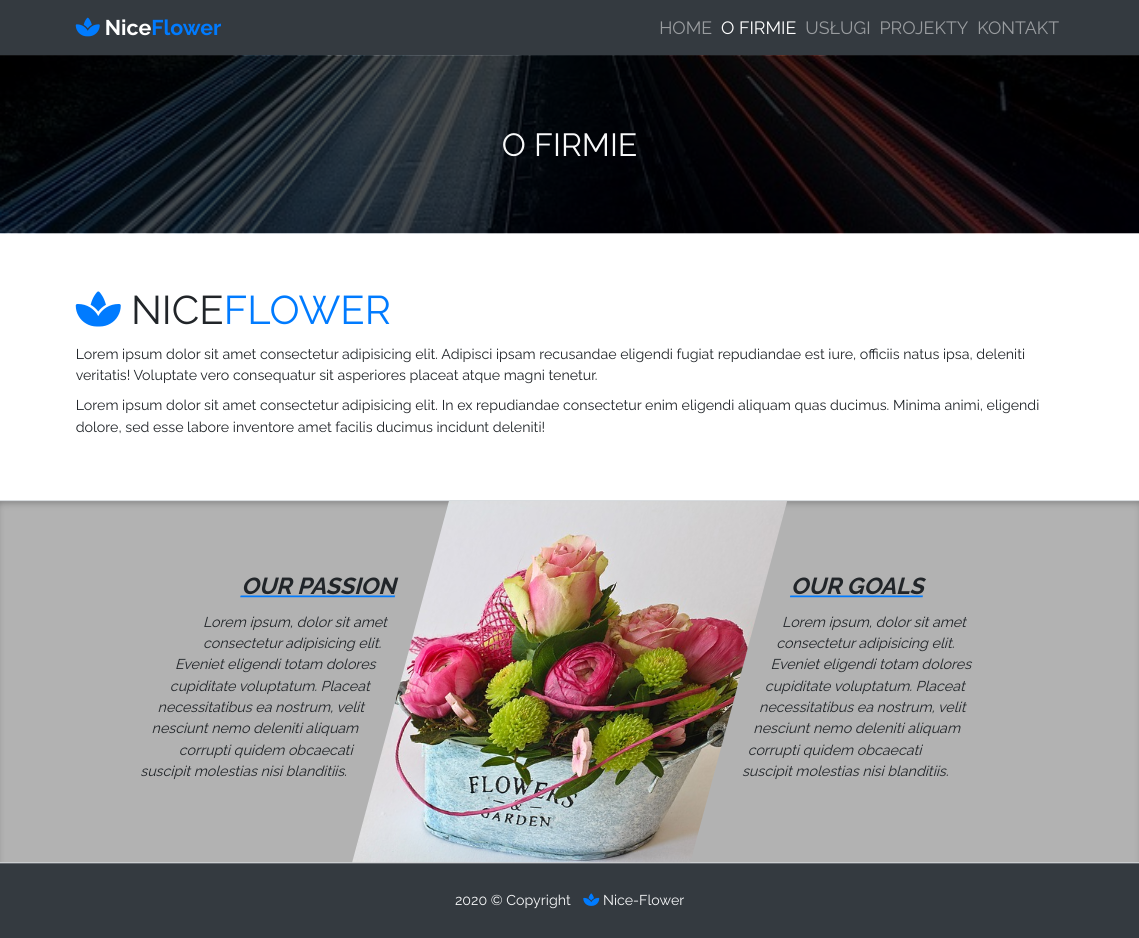
Repository: KrzysKolo/Projekt-13_Kwiaciarnia
Page: abouteus.html
An editor plug-in stored every save of this project. The page is shown before and after the next save, followed by the edit.
The browser window is 1280 px wide. The pictures show the whole page, at 89% of full size.
Some web libraries are served in a nearby version.

Above is the page before, as saved 2020-08-10 10:12:48.

After the next save:
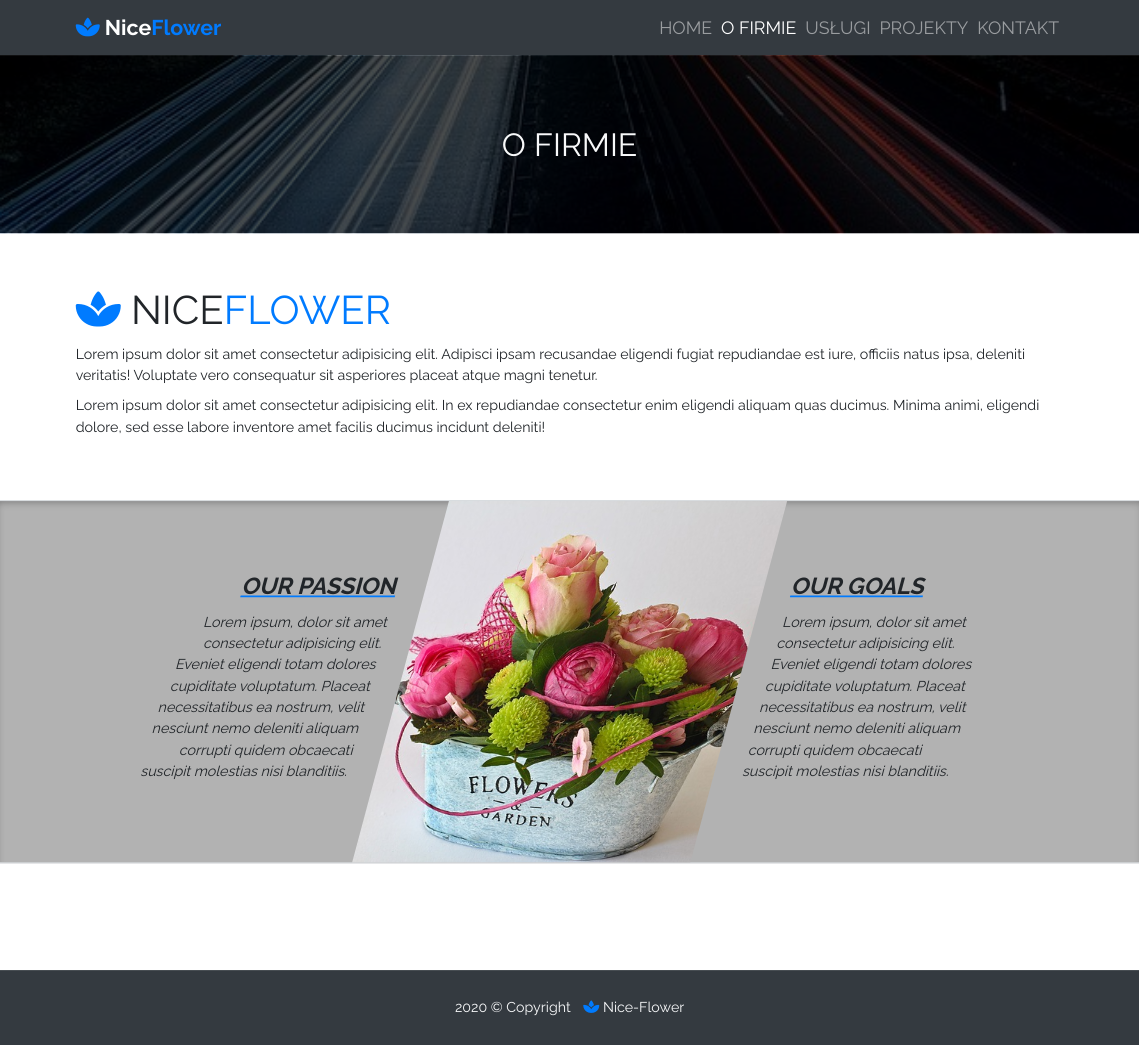
Saved 8 min 0 s later.
--- a/abouteus.html
+++ b/abouteus.html
@@ -111,6 +111,10 @@
           </div>
         </div>
       </section>
+      <section class="aboutus-bottom py-5">
+        <div class="container py-5 text-light"></div>
+        <div class="row row-cols-md-2 row-cols-lg-3"></div>
+      </section>
     </main>
     <footer class="bg-dark text-light">
       <p class="py-5 px-3 mb-0 text-center">
